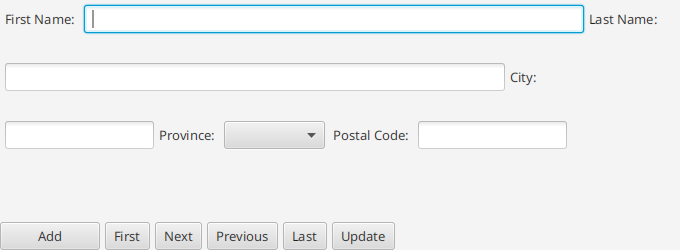
Repository: Mselenko/Java
Program's window: java w_5/JavaFx/src/task_2/AddressBook.java
The author's editor kept a copy of each file at every save. The program's window is drawn from the files as they stood at one save, then again after the next save.
It runs on Java 21 on a 1366 x 768 screen with JavaFX 11; the title bar is not drawn.

Above is the program's window before, as saved 2019-06-22 00:59:22.

After the next save:
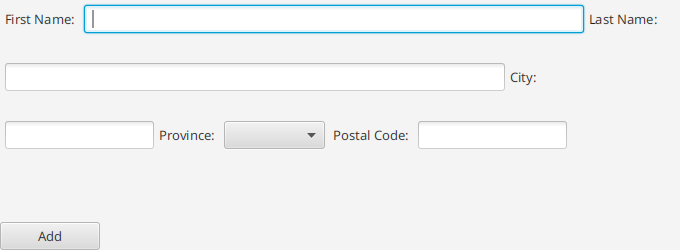
Saved 3 min 45 s later.
--- a/w_5/JavaFx/src/task_2/AddressBook.java
+++ b/w_5/JavaFx/src/task_2/AddressBook.java
@@ -18,11 +18,6 @@
 
 
 	class NewPanel extends BorderPane {
-
-
-
-
-
 
 		FlowPane flowPane = new FlowPane(5, 5);
 		HBox ButtonPanel = new HBox(5);
@@ -55,15 +50,19 @@
 									new Label(" Postal Code: "), postalCode);
 
 
-		Button addBtn = new Button("Add");
-		Button firstBtn = new Button("First");
-		Button nextBtn = new Button("Next");
-		Button previousBtn = new Button("Previous");
-		Button lastBtn = new Button("Last");
-		Button updateBtn = new Button("Update");
+		Button buttons[] = new Button[6];
+
+//		Button addBtn = new Button("Add");
+//		Button firstBtn = new Button("First");
+//		Button nextBtn = new Button("Next");
+//		Button previousBtn = new Button("Previous");
+//		Button lastBtn = new Button("Last");
+//		Button updateBtn = new Button("Update");
+
+		buttons[0] =new Button("Add");
 
 
-		addBtn.setPrefWidth(100);
+		buttons[0].setPrefWidth(100);
 //		firstBtn.setPrefWidth(100);
 //		nextBtn.setPrefWidth(100);
 //		previousBtn.setPrefWidth(100);
@@ -72,7 +71,7 @@
 
 
 
-		ButtonPanel.getChildren().addAll(addBtn, firstBtn,nextBtn,previousBtn, lastBtn, updateBtn);
+		ButtonPanel.getChildren().add(buttons[0]);//(addBtn, firstBtn,nextBtn,previousBtn, lastBtn, updateBtn);
 		//ButtonPanel.setAlignment(Pos.CENTER);
 
 		setCenter(flowPane);
